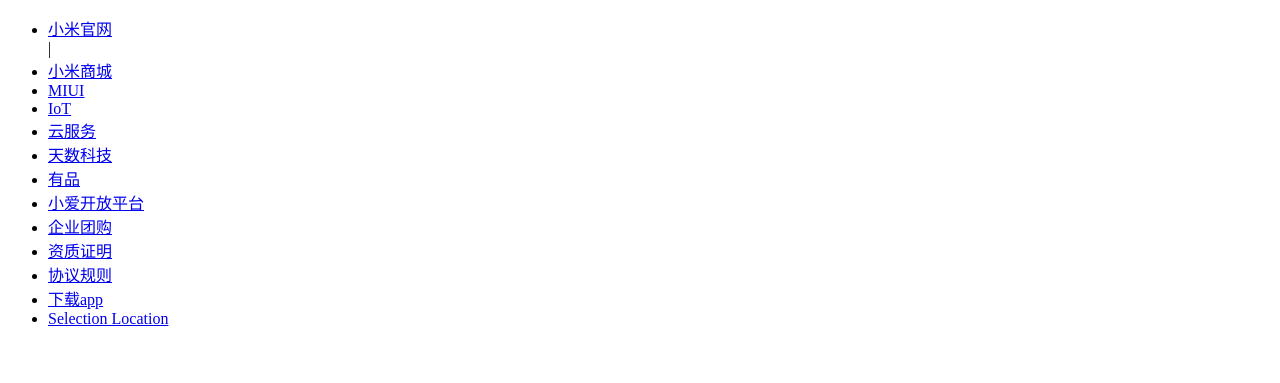
Repository: MonoYan/Mi-Homepage
Page: index.html
The author's editor kept a copy of each file at every save. The page is drawn from the files as they stood at one save, then again after a run of saves.
The browser window is 1280 px wide. The pictures show the whole page.

Above is the page before, as saved 2022-11-22 16:10:43.

After the next 2 saves:
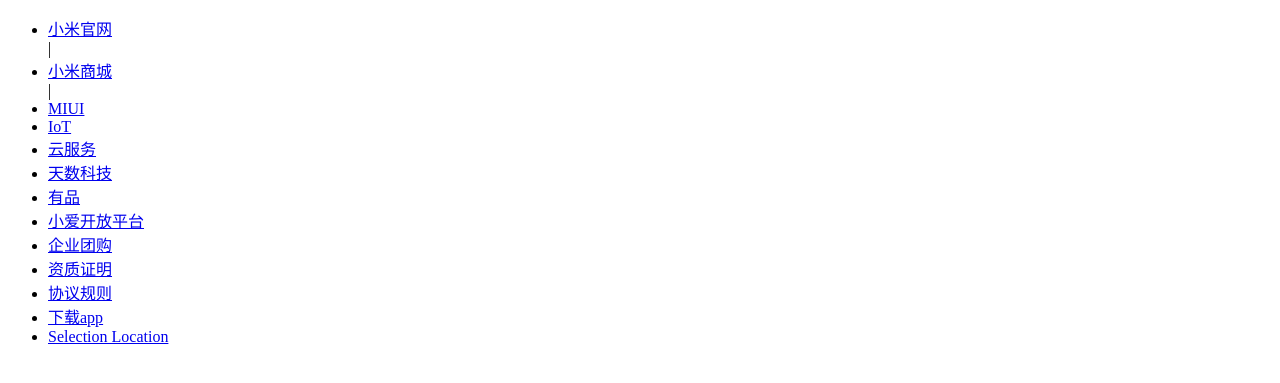
The 2 saves are shown as one change because they came seconds apart.
The last was saved 9 s later.
--- a/index.html
+++ b/index.html
@@ -16,6 +16,7 @@
                 <li><a href="#">小米官网</a></li>
                 <span class="sep">|</span>
                 <li><a href="#">小米商城</a></li>
+                <span class="sep">|</span>
                 <li><a href="#">MIUI</a></li>
                 <li><a href="#">IoT</a></li>
                 <li><a href="#">云服务</a></li>
